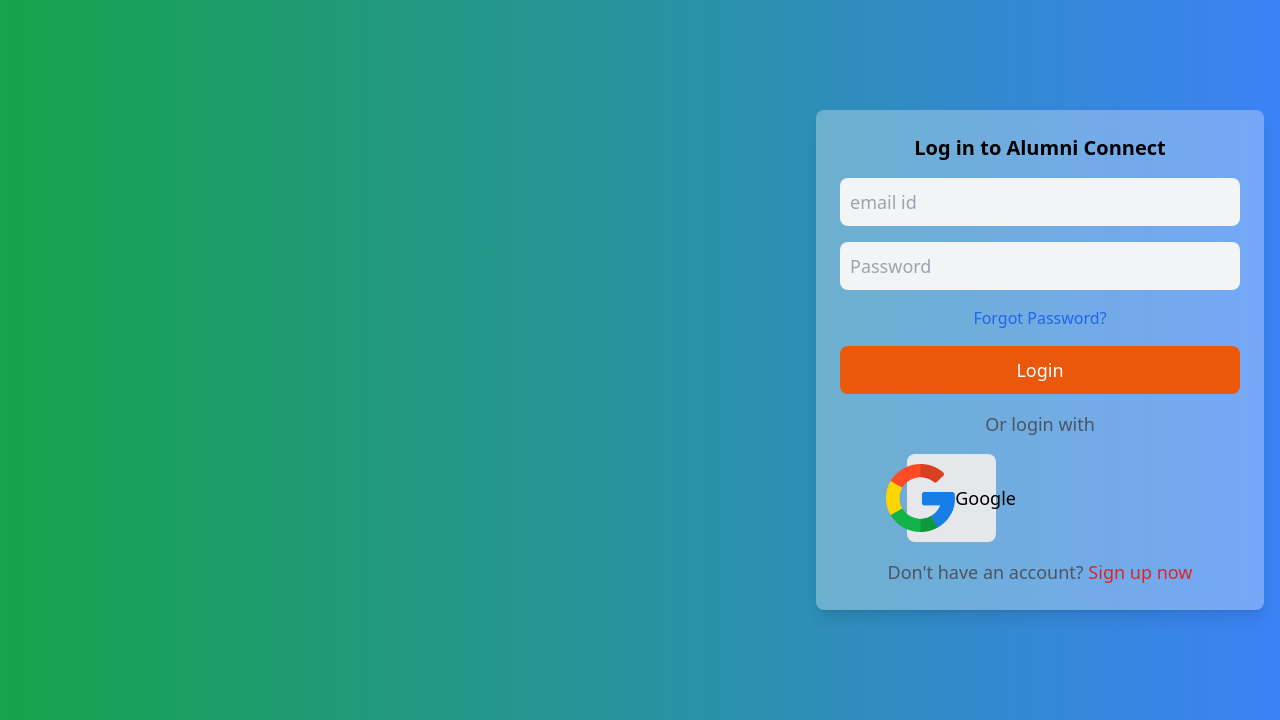
Repository: ptsdpatient/SIH24
Page: /login (app in frontend/)
The author's editor kept a copy of each file at every save. The page is drawn from the files as they stood at one save, then again after a run of saves.
The browser window is 1280 px wide. The pictures show the whole page.
The page's requests for data from a server got no answer. Some web libraries are served in a nearby version. The project was rebuilt for these pictures with package versions that can differ from the ones it lists, and the page was loaded fresh each time. The framework's server and built-in components were replaced by stand-ins that run in the browser. No one was signed in, and anything a server would have sent is missing.

Above is the page before, as saved 2024-09-14 16:04:10.

### frontend/src/app.html
<!doctype html>
<html lang="en">
	<head>
		<script src="https://accounts.google.com/gsi/client" async defer></script>
		<script src="https://cdn.tailwindcss.com"></script>

		<meta charset="utf-8" />
		<link rel="icon" href="%sveltekit.assets%/favicon.png" />
		<meta name="viewport" content="width=device-width, initial-scale=1" />
		%sveltekit.head%
	</head>
	<body data-sveltekit-preload-data="hover">
		<div style="display: contents">%sveltekit.body%</div>
	</body>
</html>

### frontend/src/routes/login/+page.svelte
<script>
    import {onMount} from 'svelte'
    const apiKey = import.meta.env.VITE_API_KEY;

    let email = '';
    let password = '';
    let enableTokenDebugging = false;


    async function authenticateToken(token){
        try{
            const response = await fetch((apiKey+'authenticateToken'), {
                method: 'GET',
                headers: {
                    'Content-Type': 'application/json',
                    'Authorization': `Bearer ${token}`
                },

            })

            const data = await response.json();

            if(data.auth){
              window.location.href = data.admin?'/admin':'/home'
            }

        }catch(err){
            alert("your session has expired, please login again")
        }
    }

    async function handleLogin() {
      const loginData = {
        email: email,
        password: password
      };

      try {
        const response = await fetch((apiKey+'login'), {
          method: 'POST',
          headers: {
          'Content-Type': 'application/json'
          },
          body: JSON.stringify(loginData),
        });

        if (!response.ok) {
          alert("failed")
          throw new Error('Login failed');
        }


        const data = await response.json();

        if(data.token) {
          localStorage.setItem('token', data.token);
        }

        if(data.user.isAdmin>0)admin=true

        window.location.href = '/home'

        console.log('Login successful:', data);
      } catch (error) {
        console.error('Error during login:', error);
      }
    }


    onMount(()=>{
         const token = localStorage.getItem('token');
         if(token) {
            authenticateToken(token)
         }
    })

  </script>


<div class="flex flex-col md:flex-row justify-end bg-gradient-to-r from-green-600 to-blue-500" style="width:100vw;height:100svh">

    <div class=" absolute md:relative flex items-center justify-center p-4">
        <div class="bg-white bg-opacity-30 backdrop-blur rounded-lg shadow-lg p-6 max-w-md w-full animate-fadeIn">
            <p id="login" class="text-center text-xl font-semibold">Log in to Alumni Connect</p>
            <div action="" class="mt-4">
                <input bind:value={email} type="email" id="username" name="username" placeholder="email id"  required class="w-full p-2.5 mb-4 border-none rounded-lg text-lg bg-gray-100 outline-none">
                <input bind:value={password} type="password" id="password" name="password" placeholder="Password" required class="w-full p-2.5 mb-4 border-none rounded-lg text-lg bg-gray-100 outline-none">
                <p class="text-gray-600 text-center mb-4">
                    <a href="forgot_password.html" class="text-blue-600">Forgot Password?</a>
                </p>


                <button on:click={()=>handleLogin()} class="w-full p-2.5 mb-4 border-none rounded-lg text-lg bg-orange-600 text-white cursor-pointer">Login</button>


                <p id="suggest" class="text-gray-600 text-center text-lg mb-4">Or login with</p>

                <div class="w-2/3 mx-auto flex flex-wrap justify-between">
                  <button class="w-1/3 p-2.5 mb-4 border-none rounded-lg text-lg bg-gray-200 flex items-center justify-center">
                    <img src="/icon/google.png" alt=""> Google
                  </button>
                </div>

                <p id="suggest" class="text-gray-600 text-center text-lg">Don't have an account?
                    <a href="login.svelte" id="signup" class="text-red-600">Sign up now</a>
                </p>
              </div>
        </div>
    </div>




</div>

After the next 2 saves:
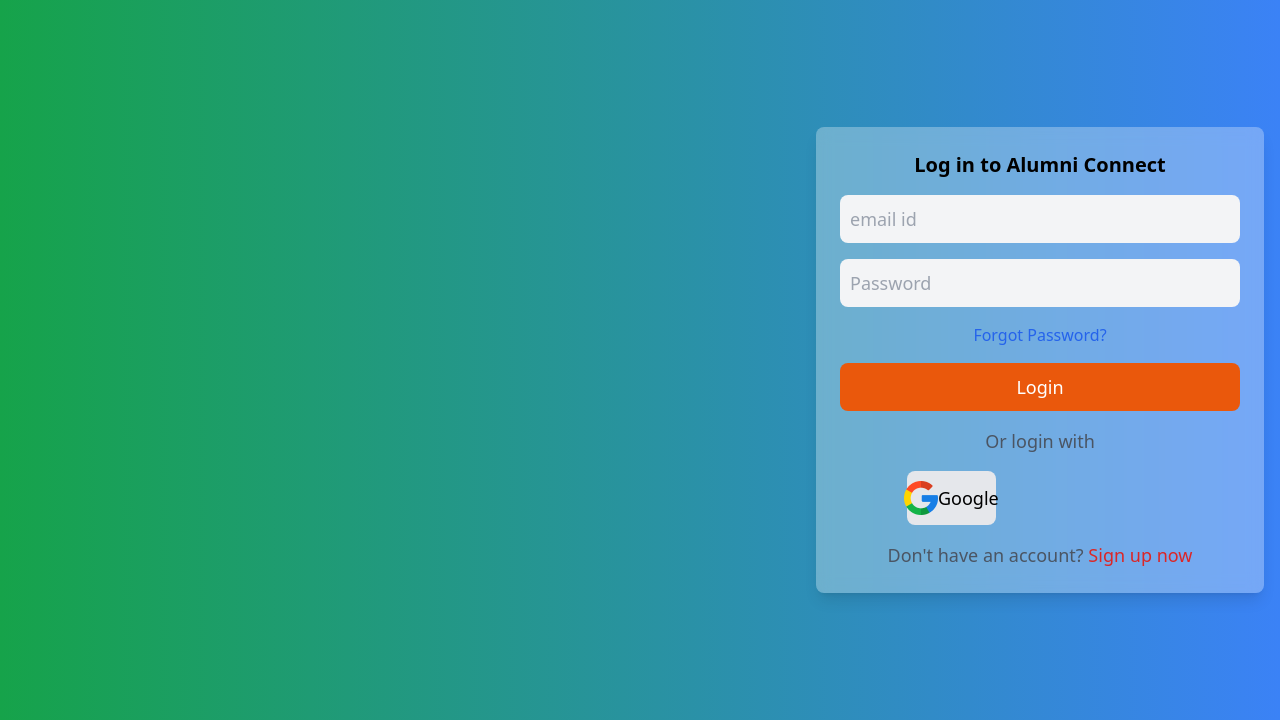
The 2 saves are shown as one change because they came seconds apart.
The last was saved 9 s later.
--- a/frontend/src/routes/login/+page.svelte
+++ b/frontend/src/routes/login/+page.svelte
@@ -97,7 +97,7 @@
 
                 <div class="w-2/3 mx-auto flex flex-wrap justify-between">
                   <button class="w-1/3 p-2.5 mb-4 border-none rounded-lg text-lg bg-gray-200 flex items-center justify-center">
-                    <img src="/icon/google.png" alt=""> Google
+                    <img class="w-1/2" src="/icon/google.png" alt=""> Google
                   </button>
                 </div>
 
